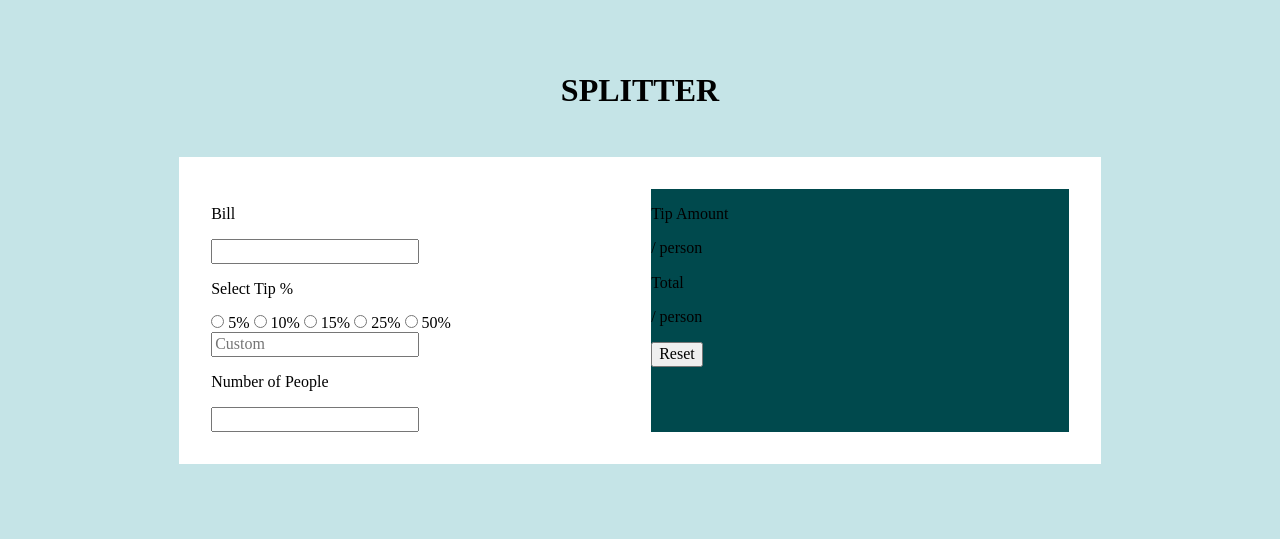
Repository: Jay-JYKim91/FM_tip-calculator
Page: index.html
These files come from the project's save history. The page is drawn as it stood at one moment and after a run of saves; the edit follows.
The browser window is 1280 px wide. The pictures show the whole page.

Above is the page before, as saved 2021-12-21 12:57:00.

After the next 2 saves:
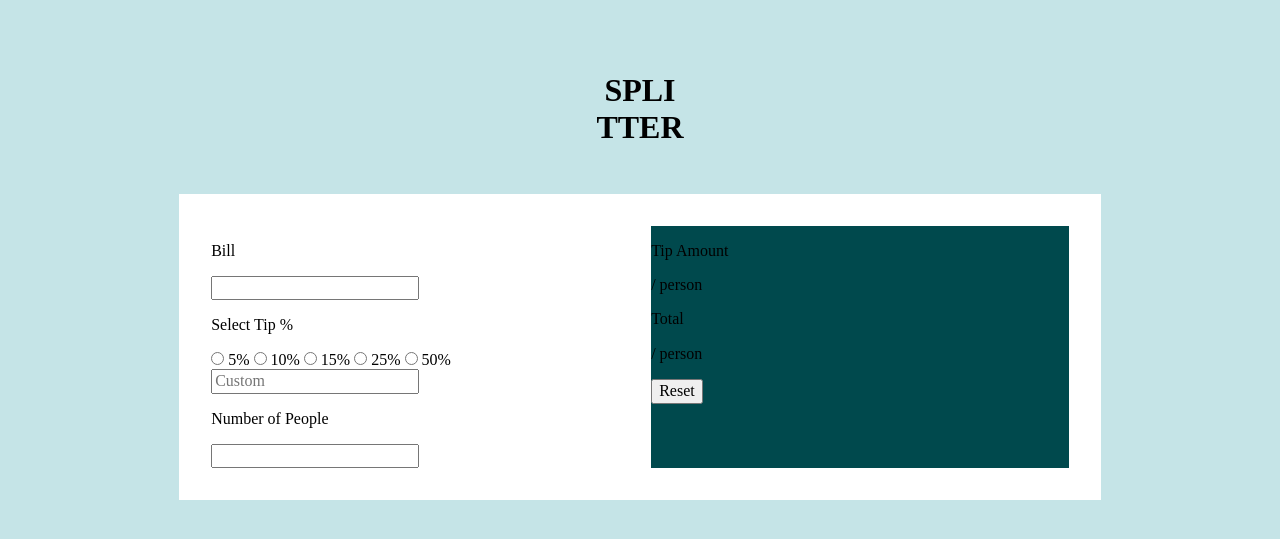
The 2 saves are shown as one change because they came seconds apart.
The last was saved 10 s later.
--- a/index.html
+++ b/index.html
@@ -17,7 +17,7 @@
 </head>
 <body>
   <main class="container">
-    <h1 class="main-title">SPLITTER</h1>
+    <h1 class="main-title">Spli<br>tter</h1>
     <section class="calculator-wrapper">
       <article class="input-wrapper">
         <div>
